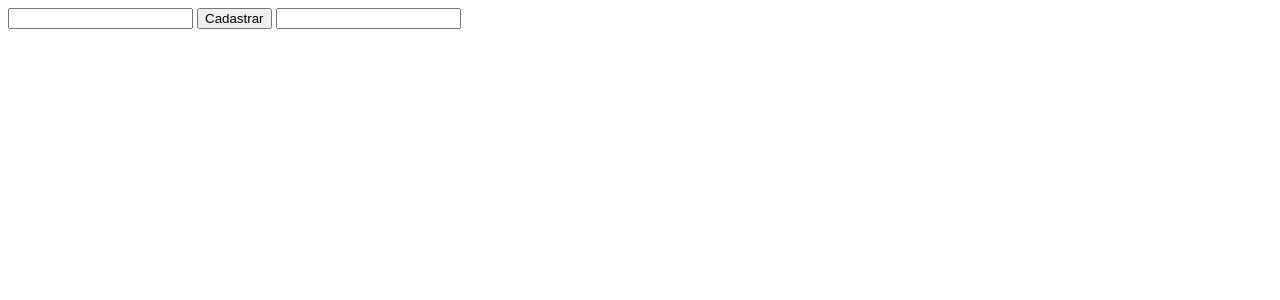
Repository: viniciusrodriguesb/IntegradorJava
Page: http://localhost/Carteira/resultCadastrar.jsp
The author's editor kept a copy of each file at every save. The page is drawn from the files as they stood at one save, then again after the next save.
The browser window is 1280 px wide. The pictures show the whole page.
The page is served by Tomcat 9.

Above is the page before, as saved 2022-06-21 00:33:01.

After the next save:
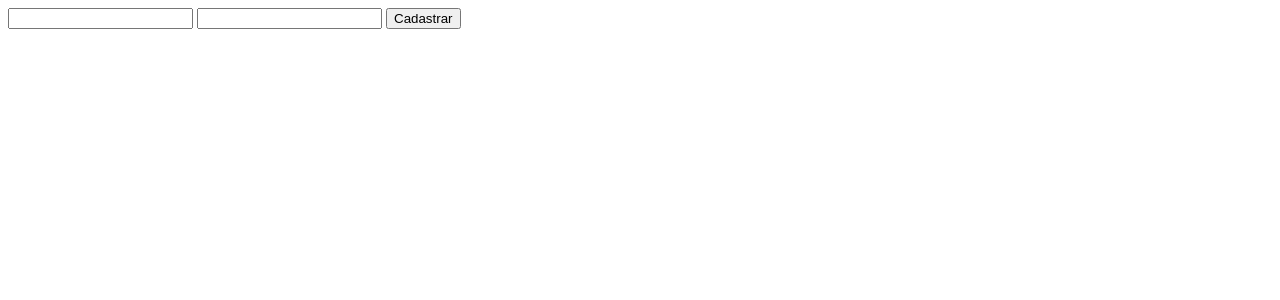
Saved 12 s later.
--- a/Carteira/src/main/webapp/resultCadastrar.jsp
+++ b/Carteira/src/main/webapp/resultCadastrar.jsp
@@ -10,9 +10,9 @@
 
 	<form action="IncluirCarteiraServlet" method="POST">
 		<input type="text" name="nomeC" id="nomeC"/>
+		<input type="number" name="saldoC" id="saldoC"/>
+
 		<input type="submit" value="Cadastrar"/>
-
-		<input type="number" name="saldoC" id="saldoC"/>
 	</form>
 </body>
 </html>
